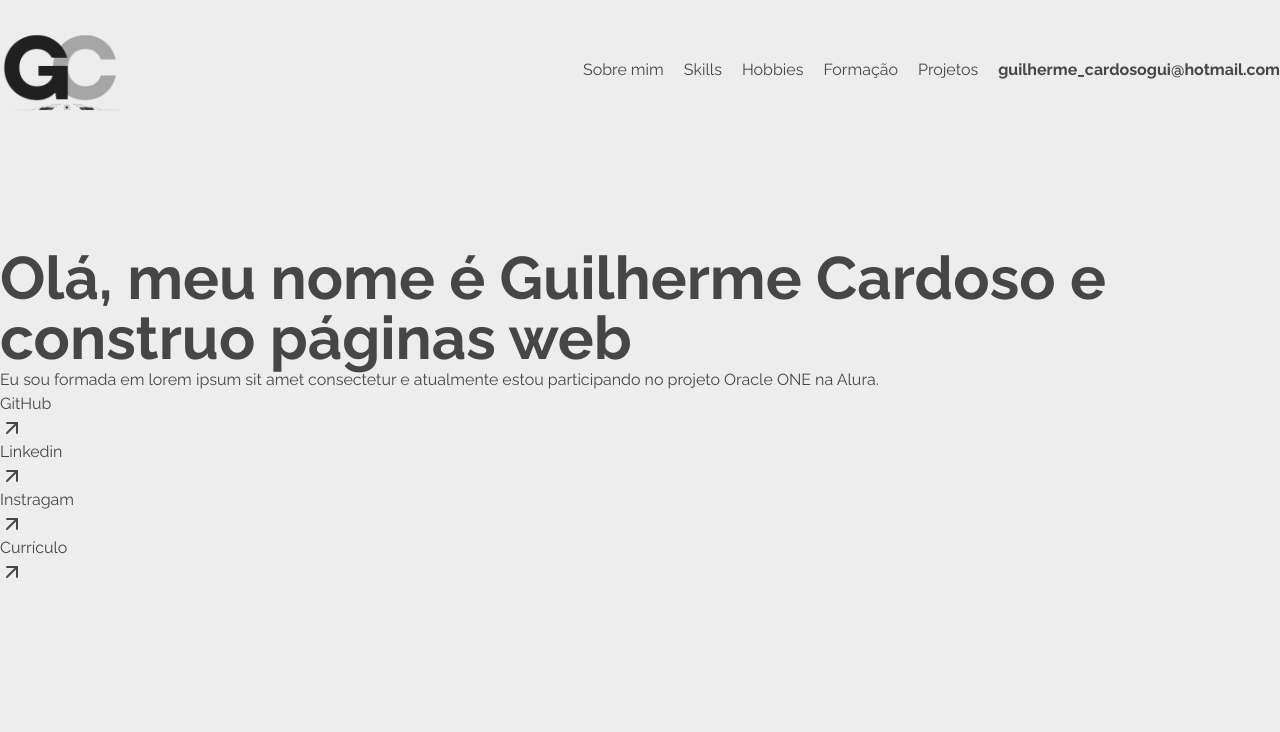
Repository: guilhermecardoso93/portfolio-alura-desafio
Page: /
The author's editor kept a copy of each file at every save. The page is drawn from the files as they stood at one save, then again after the next save.
The browser window is 1280 px wide. The pictures show the whole page.
The project was rebuilt for these pictures with package versions that can differ from the ones it lists, and the page was loaded fresh each time. Also part of the build but not shown: vite.config.js.

Above is the page before, as saved 2024-04-06 20:06:17.

### index.html
<!DOCTYPE html>
<html lang="en">
  <head>
    <meta charset="UTF-8" />
    <link rel="icon" type="image/png" href="/logo.png" />
    <link rel="preconnect" href="https://fonts.googleapis.com" />
    <link rel="preconnect" href="https://fonts.gstatic.com" crossorigin />
    <link
      href="https://fonts.googleapis.com/css2?family=Inter:wght@400;500;600;700&family=Raleway:ital,wght@0,100..900;1,100..900&display=swap"
      rel="stylesheet"
    />
    <meta name="viewport" content="width=device-width, initial-scale=1.0" />
    <title>Alura Desafio</title>
  </head>
  <body class="bg-[#EDEDED] text-[#464646] antialiased">
    <div id="root"></div>
    <script type="module" src="/src/main.jsx"></script>
  </body>
</html>

### src/App.jsx
import { Hero } from "./components/hero";
import { Navbar } from "./components/navbar";

export function App() {
  return (
    <div className="max-w-[1416px] mx-auto py-5">
      <Navbar />
      <Hero />
    </div>
  );
}

### src/components/hero.jsx
import { ArrowUpRight } from 'lucide-react';

export function Hero() {
  return (
    <main className='py-32'>
      <h1 className='text-6xl font-bold'>Olá, meu nome é Guilherme Cardoso e construo páginas web</h1>
      <span>
        Eu sou formada em lorem ipsum sit amet consectetur e atualmente estou
        participando no projeto Oracle ONE na Alura.
      </span>
      <ul>
        <li>
          <a>
            GitHub
            <ArrowUpRight />
          </a>
        </li>
        <li>
          <a>
            Linkedin
            <ArrowUpRight />
          </a>
        </li>
        <li>
          <a>
            Instragam
            <ArrowUpRight />
          </a>
        </li>
        <li>
          <a>
            Currículo
            <ArrowUpRight />
          </a>
        </li>
      </ul>
    </main>
  );
}

### src/components/navbar.jsx
import Logo from "../assets/logo.png";

export function Navbar() {
  return (
    <nav className="w-full flex flex-row justify-between itens-center">
      <img src={Logo} alt="logotipo GC" className="w-[120px] h-[100px]" />
      <ul className="flex items-center gap-5">
        <li>
          <a href="/">Sobre mim</a>
        </li>
        <li>
          <a href="/">Skills</a>
        </li>
        <li>
          <a href="/">Hobbies</a>
        </li>
        <li>
          <a href="/">Formação</a>
        </li>
        <li>
          <a href="/">Projetos</a>
        </li>
        <li className="font-bold">
          <a href="/">guilherme_cardosogui@hotmail.com</a>
        </li>
      </ul>
    </nav>
  );
}

### tailwind.config.js
/** @type {import('tailwindcss').Config} */
export default {
  content: ["./index.html", "./src/**/*.{js,ts,jsx,tsx}"],
  theme: {
    extend: {},
    fontFamily: {
      sans: ['"Raleway"', "system-ui"],
      serif: ["ui-serif", "Georgia"],
      mono: ["ui-monospace", "SFMono-Regular"],
      display: ["Oswald"],
      body: ['"Open Sans"'],
    },
  },
  plugins: [],
};

Loaded but not shown: src/main.jsx (common file); src/index.css (common file)

After the next save:
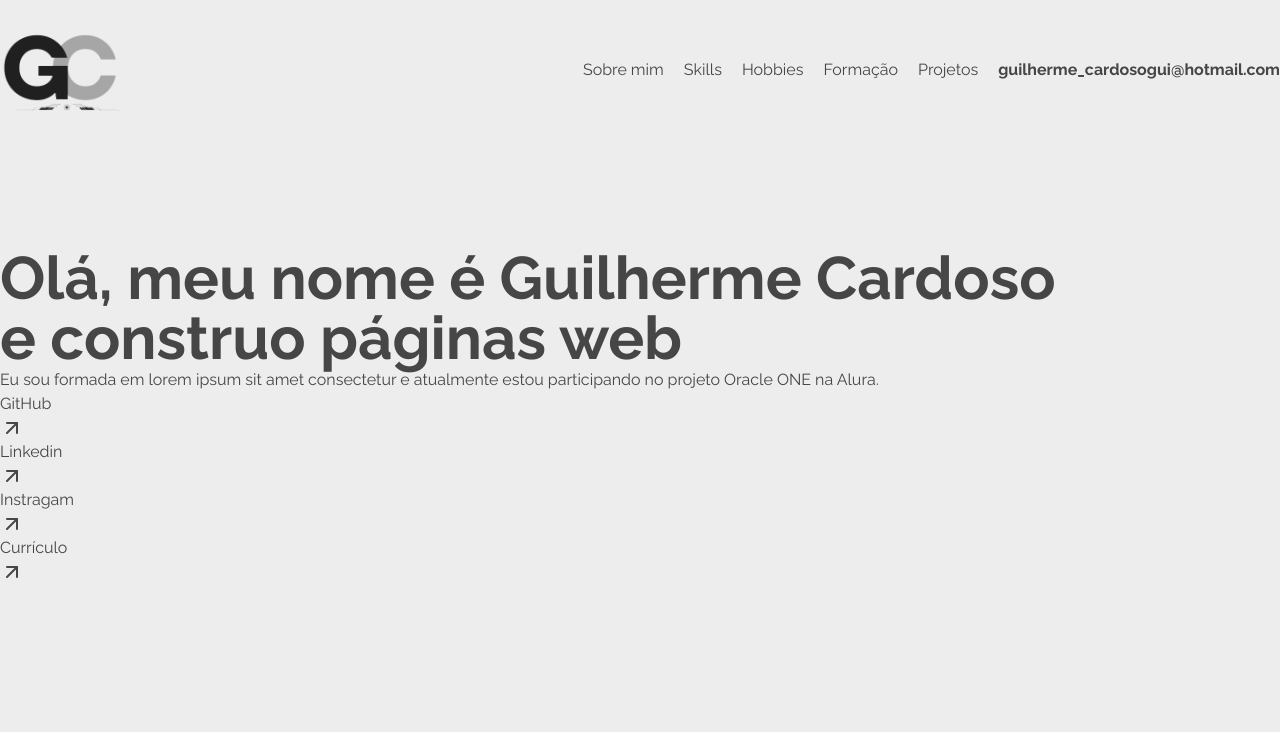
Saved 24 s later.
--- a/src/components/hero.jsx
+++ b/src/components/hero.jsx
@@ -3,7 +3,7 @@
 export function Hero() {
   return (
     <main className='py-32'>
-      <h1 className='text-6xl font-bold'>Olá, meu nome é Guilherme Cardoso e construo páginas web</h1>
+      <h1 className='text-6xl font-bold'>Olá, meu nome é Guilherme Cardoso<br/> e construo páginas web</h1>
       <span>
         Eu sou formada em lorem ipsum sit amet consectetur e atualmente estou
         participando no projeto Oracle ONE na Alura.
